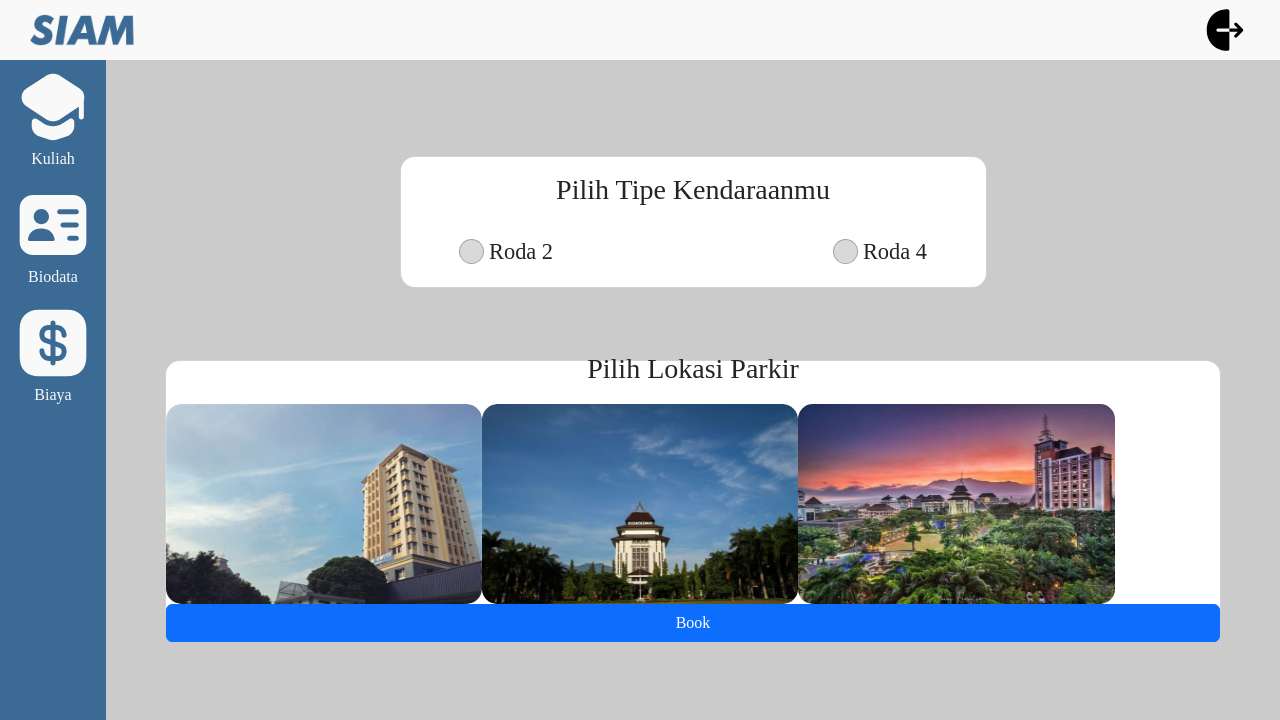
Repository: haikalirf/Project-IMK
Page: parkir.html
The author's editor kept a copy of each file at every save. The page is drawn from the files as they stood at one save, then again after the next save.
The browser window is 1280 px wide. The pictures show the whole page.
Some web fonts or font styles are not loaded; a fallback is used.

Above is the page before, as saved 2022-12-12 23:39:58.

### parkir.html
<!DOCTYPE html>
<html lang="en">
<head>
	<meta charset="UTF-8">
	<meta http-equiv="X-UA-Compatible" content="IE=edge">
	<meta name="viewport" content="width=device-width, initial-scale=1.0">
	<title>SIAM</title>
	<link rel="icon" href="/assets/logo_ub.ico">
	<link rel="stylesheet" href="https://cdn.jsdelivr.net/npm/bootstrap@5.2.3/dist/css/bootstrap.min.css" integrity="sha384-rbsA2VBKQhggwzxH7pPCaAqO46MgnOM80zW1RWuH61DGLwZJEdK2Kadq2F9CUG65" crossorigin="anonymous">
	<link rel="stylesheet" href="/styles/parkir.css">
</head>
<body>
	<nav class="navbar" id="navbar">
		<a class="navbar-brand" href="/kuliah.html">
			<img id="navbar-image" src="/assets/SIAM.png" alt="SIAM">
		</a>
		<a class="navbar-link" href="landing.html">
			<img id="navbar-image" src="/assets/Logout.svg" alt="Logout">
		</a>
	</nav>
	<div class="mh-100" id="sidebar">
		<a class="btn" href="">
			<img id="sidebar-kuliah" src="/assets/Kuliah Logo.svg" alt="Kuliah">
			<label for="sidebar-kuliah">Kuliah</label>
		</a>
		<a class="btn" href="">
			<img id="sidebar-biodata" src="/assets/Biodata Logo.svg" alt="Biodata">
			<label for="sidebar-biodata">Biodata</label>
		</a>
		<a class="btn" href="">
			<img id="sidebar-biaya" src="/assets/Biaya Logo.svg" alt="Biaya">
			<label for="sidebar-biaya">Biaya</label>
		</a>
	</div>
	<main>
		<div class="card" id="cardTop">
			<h3 class="card-judul">Pilih Tipe Kendaraanmu</h3>
			<div class="d-flex justify-content-between" id="formRoda">
				<div class="form-check d-flex">
					<input class="form-check-input check-roda" type="radio" value="" name="radioRoda" id="checkRodaDua">
					<label class="form-check-label label-roda" for="checkRodaDua">
						Roda 2
					</label>
				</div>
				<div class="form-check d-flex">
					<input class="form-check-input check-roda" type="radio" value="" name="radioRoda" id="checkRodaEmpat">
					<label class="form-check-label label-roda" for="checkRodaEmpat">
						Roda 4
					</label>
				</div>
			</div>
		</div>
		<div class="card" id="cardBottom">
			<h3 class="card-judul">Pilih Lokasi Parkir</h3>
			<div class="d-flex align-content-around">
				<input class="gambar-parkir" type="image" src="/assets/filkom.png" onclick="border(this)">
				<input class="gambar-parkir" type="image" src="/assets/rektorat.png" onclick="border(this)">
				<input class="gambar-parkir" type="image" src="/assets/seluruh_ub.png" onclick="border(this)">
			</div>
			<button type="button" class="btn btn-primary">Book</button>
		</div>
	</main>
	<script src="https://cdn.jsdelivr.net/npm/bootstrap@5.2.3/dist/js/bootstrap.bundle.min.js" integrity="sha384-kenU1KFdBIe4zVF0s0G1M5b4hcpxyD9F7jL+jjXkk+Q2h455rYXK/7HAuoJl+0I4" crossorigin="anonymous"></script>
	<script src="/scripts/parkir.js"></script>
</body>
</html>

### styles/parkir.css
/* CSS Reset */
/*
	Josh's Custom CSS Reset
	https://www.joshwcomeau.com/css/custom-css-reset/
*/
*, *::before, *::after {
	box-sizing: border-box;
}
  * {
	margin: 0;
}
html, body {
	height: 100%;
}
body {
	line-height: 1.5;
	-webkit-font-smoothing: antialiased;
}
img, picture, video, canvas, svg {
	display: block;
	max-width: 100%;
}
input, button, textarea, select {
	font: inherit;
}
p, h1, h2, h3, h4, h5, h6 {
	overflow-wrap: break-word;
}
#root, #__next {
	isolation: isolate;
}
/* CSS Reset ends */

body {
	background-color: #cbcbcb;
	font-family: 'readex';
	font-size: 16px;
}

@font-face {
	font-family: 'readex';
	src:url('/assets/fonts/ReadexPro-Medium.ttf');
}

#navbar {
	display: flex;
	justify-content: space-between;
	position: fixed;
	background-color: #f9f9f9;
	z-index: 1;
	width: 100%;
	padding: 0px 30px;
}

#navbar-image {
	height: 50px;
}

main {
	padding-top: 60px;
	padding-left: 106px;
	display: flex;
	flex-direction: column;
	justify-content: center;
	align-items: center;
	height: 100vh;
	gap: 10vh;
}

#sidebar {
	background-color: #3b6a94;
	display: flex;
	flex-direction: column;
	flex: 1;
	position: fixed;
	height: 100vh;
	padding-top: 60px;
}

#sidebar img {
	width: 80px;
	height: 80px;
}

a img, a label {
	color: #f9f9f9;
}

.card {
	border-radius: 15px;
}

#cardTop {
	width: 50%;
	height: 20%;
	display: flex;
	justify-content: center;
}

.card-judul {
	align-self: center;
	padding: 10px 0px;
}

#formRoda {
	padding: 10px 10%;
}

.check-roda {
	width: 25px;
	height: 25px;
	background-color: #D9D9D9;
}

.label-roda {
	margin-left: 5px;
	font-size: 1.4em;
}

.gambar-parkir {
	box-sizing: content-box;
	border-radius: 15px;
	width: 30%;
	height: 200px;
}

#cardBottom {
	width: 90%;
	height: 40%;
	display: flex;
	justify-content: center;
}

### scripts/parkir.js
function border(image) {
	const allImage = document.querySelectorAll('.gambar-parkir');
	allImage.forEach(e => {
		e.style.outline = "";
	});
	image.style.outline = "8px solid #3B6A94";
}

function check(checkbox) {
	const allCheckbox = document.querySelectorAll('.check-roda');
	allCheckbox.forEach(e => {
		e.style.outline = "";
	});
	image.style.outline = "8px solid #3B6A94";
}

After the next save:
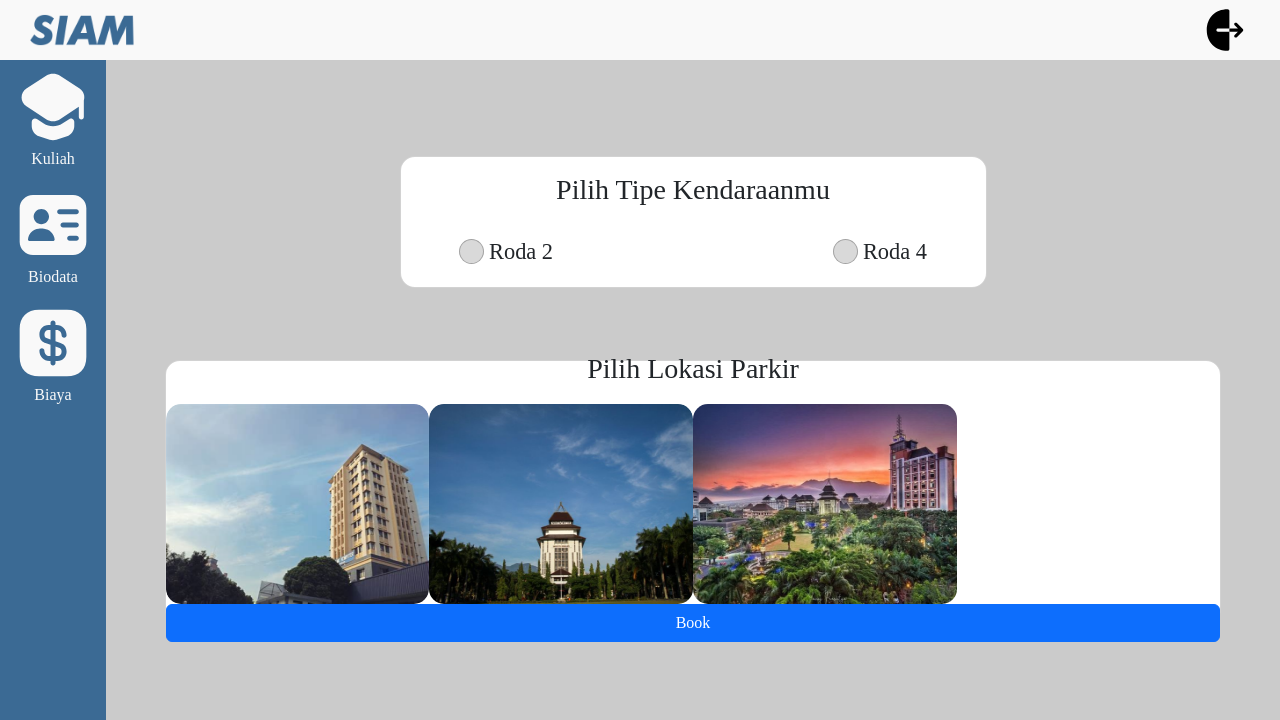
Saved 10 s later.
--- a/styles/parkir.css
+++ b/styles/parkir.css
@@ -120,7 +120,7 @@ a img, a label {
 .gambar-parkir {
 	box-sizing: content-box;
 	border-radius: 15px;
-	width: 30%;
+	width: 25%;
 	height: 200px;
 }
 
